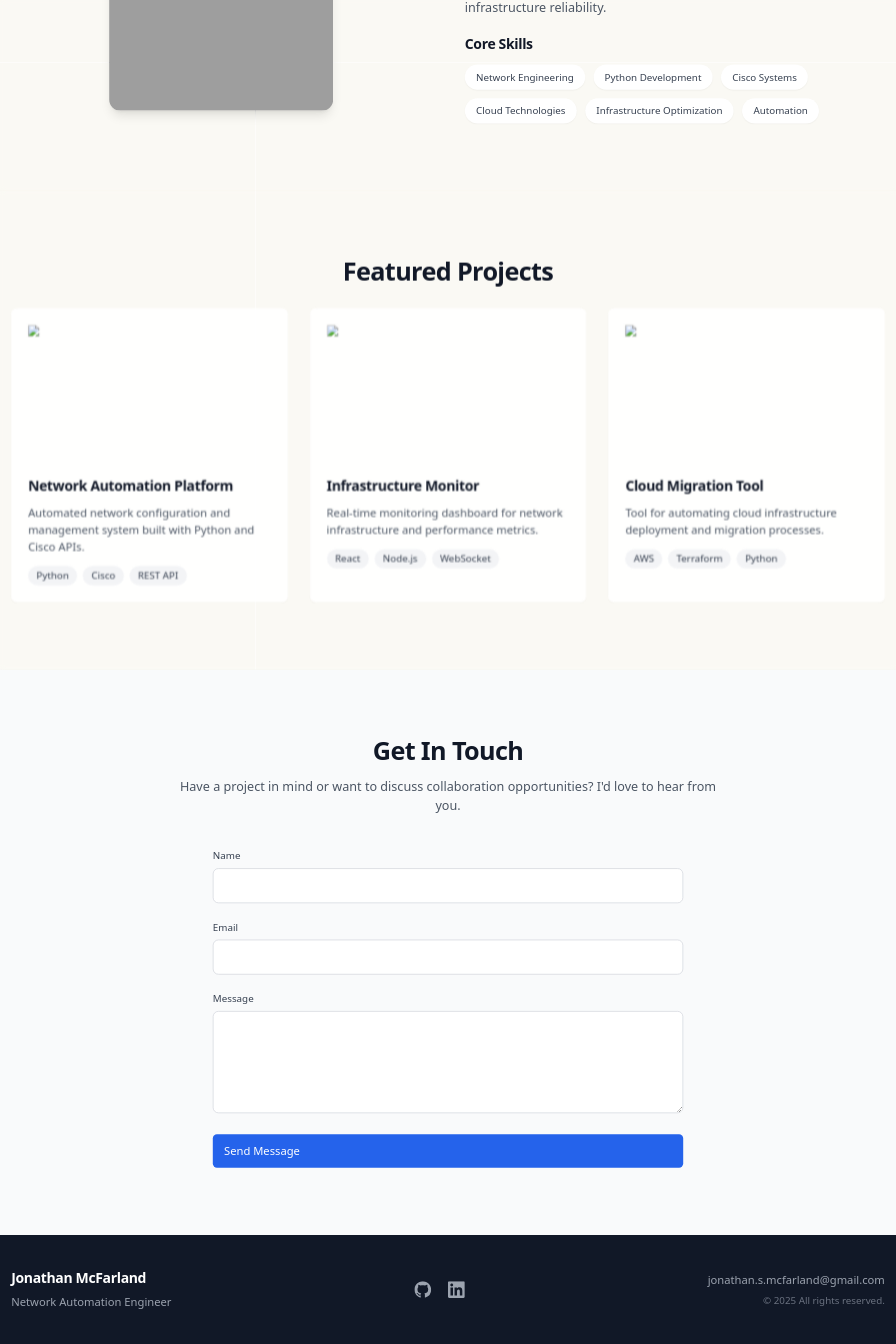
Repository: jonathanm35796/WebsitePortfolio
Page: /
These files come from the project's save history. The page is drawn as it stood at one moment and after the next save; the edit follows.
The browser window is 1280 px wide. The pictures show the part of the page from y = 996 to 2916 px (the page is 2916 px tall), at 70% of full size.
Pictures or frames that could not be fetched are drawn as grey boxes. The project was rebuilt for these pictures with package versions that can differ from the ones it lists, and the page was loaded fresh each time. The framework's server and built-in components were replaced by stand-ins that run in the browser. Also part of the build but not shown: next.config.js, next.config.ts.

Above is the page before, as saved 2025-02-02 00:16:59.

### src/app/layout.tsx
import type { Metadata } from "next";
import { Geist, Geist_Mono } from "next/font/google";
import "./globals.css";
import Navbar from '@/components/Navbar';

const geistSans = Geist({
  variable: "--font-geist-sans",
  subsets: ["latin"],
});

const geistMono = Geist_Mono({
  variable: "--font-geist-mono",
  subsets: ["latin"],
});

export const metadata: Metadata = {
  title: 'Jonathan McFarland - Network Automation Engineer',
  description: 'Portfolio website showcasing network engineering, automation, and infrastructure optimization projects.',
};

export default function RootLayout({
  children,
}: Readonly<{
  children: React.ReactNode;
}>) {
  return (
    <html lang="en" className="scroll-smooth">
      <body
        className={`${geistSans.variable} ${geistMono.variable} antialiased`}
      >
        <Navbar />
        {children}
      </body>
    </html>
  );
}

### src/app/page.tsx
import Hero from '@/components/Hero';
import About from '@/components/About';
import Projects from '@/components/Projects';
import Contact from '@/components/Contact';
import Footer from '@/components/Footer';

export default function Home() {
  return (
    <main className="min-h-screen">
      <Hero />
      <About />
      <Projects />
      <Contact />
      <Footer />
    </main>
  );
}

### src/app/globals.css
@tailwind base;
@tailwind components;
@tailwind utilities;

:root {
  --primary: #2563eb;
  --secondary: #10b981;
  --background: #f5f3e8;
  --text: #1f2937;
  --text-light: #6b7280;
  --accent: #f3f4f6;
}

@layer base {
  body {
    @apply bg-[#f5f3e8] text-gray-800 antialiased;
  }

  h1, h2, h3, h4, h5, h6 {
    @apply font-bold tracking-tight;
  }

  h1 {
    @apply text-4xl md:text-5xl lg:text-6xl;
  }

  h2 {
    @apply text-3xl md:text-4xl;
  }
}

@layer components {
  .container {
    @apply max-w-7xl mx-auto px-4 sm:px-6 lg:px-8;
  }

  .btn {
    @apply inline-flex items-center px-4 py-2 rounded-md font-medium transition-colors
    focus:outline-none focus:ring-2 focus:ring-offset-2;
  }

  .btn-primary {
    @apply bg-blue-600 text-white hover:bg-blue-700 focus:ring-blue-500;
  }

  .card {
    @apply bg-white/80 backdrop-blur-sm rounded-lg shadow-sm hover:shadow-md transition-shadow duration-300;
  }

  .section {
    @apply py-16 md:py-24;
  }

  .section-alt {
    @apply bg-white/50 backdrop-blur-sm;
  }
}

### src/components/Navbar.tsx
'use client';
import { useState } from 'react';
import Link from 'next/link';

export default function Navbar() {
  const [isOpen, setIsOpen] = useState(false);

  const navItems = [
    { name: 'Home', href: '#home' },
    { name: 'About', href: '#about' },
    { name: 'Projects', href: '#projects' },
    { name: 'Contact', href: '#contact' },
  ];

  return (
    <nav className="fixed top-0 w-full bg-white/90 backdrop-blur-sm z-50 border-b border-gray-100">
      <div className="container mx-auto px-4">
        <div className="flex justify-between items-center h-16">
          <Link href="/" className="text-xl font-bold text-blue-600">
            Portfolio
          </Link>

          {/* Desktop Navigation */}
          <div className="hidden md:flex space-x-8">
            {navItems.map((item) => (
              <Link
                key={item.name}
                href={item.href}
                className="text-gray-700 hover:text-blue-600 transition-colors"
              >
                {item.name}
              </Link>
            ))}
          </div>

          {/* Mobile Navigation Button */}
          <button
            className="md:hidden p-2"
            onClick={() => setIsOpen(!isOpen)}
            aria-label="Toggle menu"
          >
            <svg
              className="w-6 h-6"
              fill="none"
              strokeLinecap="round"
              strokeLinejoin="round"
              strokeWidth="2"
              viewBox="0 0 24 24"
              stroke="currentColor"
            >
              {isOpen ? (
                <path d="M6 18L18 6M6 6l12 12" />
              ) : (
                <path d="M4 6h16M4 12h16M4 18h16" />
              )}
            </svg>
          </button>
        </div>

        {/* Mobile Menu */}
        {isOpen && (
          <div className="md:hidden">
            <div className="px-2 pt-2 pb-3 space-y-1">
              {navItems.map((item) => (
                <Link
                  key={item.name}
                  href={item.href}
                  className="block px-3 py-2 text-gray-700 hover:text-blue-600 transition-colors"
                  onClick={() => setIsOpen(false)}
                >
                  {item.name}
                </Link>
              ))}
            </div>
          </div>
        )}
      </div>
    </nav>
  );
}

### src/components/Hero.tsx
'use client';

import Image from 'next/image';
import Link from 'next/link';

export default function Hero() {
  return (
    <section id="home" className="pt-24 pb-16 md:pt-32 md:pb-24">
      <div className="container mx-auto px-4">
        <div className="flex flex-col md:flex-row items-center justify-between gap-12">
          <div className="flex-1 space-y-6">
            <h1 className="text-4xl md:text-5xl lg:text-6xl font-bold text-gray-900">
              Network Automation Engineer
              <span className="block text-blue-600">Building Digital Solutions</span>
            </h1>

            <p className="text-xl text-gray-600 max-w-2xl">
              Specializing in network engineering, automation, and infrastructure optimization.
              Experienced in Python development, Cisco systems, and cloud technologies.
            </p>

            <div className="flex gap-4 pt-4">
              <Link
                href="#projects"
                className="px-6 py-3 bg-blue-600 text-white rounded-lg hover:bg-blue-700 transition-colors focus:ring-2 focus:ring-blue-500 focus:ring-offset-2"
              >
                View Projects
              </Link>
              <Link
                href="#contact"
                className="px-6 py-3 bg-gray-100 text-gray-800 rounded-lg hover:bg-gray-200 transition-colors focus:ring-2 focus:ring-gray-500 focus:ring-offset-2"
              >
                Contact Me
              </Link>
            </div>
          </div>

          <div className="flex-1 relative">
            <div className="relative w-72 h-72 md:w-96 md:h-96 mx-auto">
              <Image
                src="/profile-pic.png"
                alt="Jonathan McFarland"
                fill
                className="object-cover rounded-2xl shadow-lg"
                priority
              />
            </div>
          </div>
        </div>
      </div>
    </section>

  );
}

### src/components/About.tsx
import Image from 'next/image';

export default function About() {
	const skills = [
		'Network Engineering',
		'Python Development',
		'Cisco Systems',
		'Cloud Technologies',
		'Infrastructure Optimization',
		'Automation',
	];

	return (
		<section id="about" className="section section-alt">
			<div className="container mx-auto px-4">
				<div className="flex flex-col md:flex-row gap-12 items-center">
					<div className="flex-1">
						<div className="relative w-64 h-64 md:w-80 md:h-80 mx-auto">
							<Image
								src="/profile-pic.png"
								alt="About Me"
								fill
								className="object-cover rounded-2xl shadow-lg"
							/>
						</div>
					</div>

					<div className="flex-1 space-y-6">
						<h2 className="text-3xl md:text-4xl font-bold text-gray-900">
							About Me
						</h2>

						<p className="text-lg text-gray-600">
							As a Network Automation Engineer, I specialize in building efficient and scalable network solutions.
							With extensive experience in Python development and Cisco systems, I focus on creating automated
							solutions that streamline network operations and enhance infrastructure reliability.
						</p>

						<div className="space-y-4">
							<h3 className="text-xl font-semibold text-gray-900">
								Core Skills
							</h3>
							<div className="flex flex-wrap gap-3">
								{skills.map((skill) => (
									<span
										key={skill}
										className="px-4 py-2 bg-white rounded-full text-sm font-medium text-gray-700 shadow-sm"
									>
										{skill}
									</span>
								))}
							</div>
						</div>
					</div>
				</div>
			</div>
		</section>
	);
}

### src/components/Projects.tsx
import Image from 'next/image';
import Link from 'next/link';

interface Project {
	title: string;
	description: string;
	image: string;
	tags: string[];
	link: string;
}

export default function Projects() {
	const projects: Project[] = [
		{
			title: 'Network Automation Platform',
			description: 'Automated network configuration and management system built with Python and Cisco APIs.',
			image: '/window.svg',
			tags: ['Python', 'Cisco', 'REST API'],
			link: '#',
		},
		{
			title: 'Infrastructure Monitor',
			description: 'Real-time monitoring dashboard for network infrastructure and performance metrics.',
			image: '/globe.svg',
			tags: ['React', 'Node.js', 'WebSocket'],
			link: '#',
		},
		{
			title: 'Cloud Migration Tool',
			description: 'Tool for automating cloud infrastructure deployment and migration processes.',
			image: '/file.svg',
			tags: ['AWS', 'Terraform', 'Python'],
			link: '#',
		},
	];

	return (
		<section id="projects" className="section section-alt">
			<div className="container mx-auto px-4">
				<h2 className="text-3xl md:text-4xl font-bold text-gray-900 mb-8 text-center">
					Featured Projects
				</h2>

				<div className="grid grid-cols-1 md:grid-cols-2 lg:grid-cols-3 gap-8">
					{projects.map((project) => (
						<Link
							href={project.link}
							key={project.title}
							className="group"
						>
							<div className="card p-6 h-full hover:translate-y-[-4px] transition-all duration-300">
								<div className="relative w-full h-48 mb-6">
									<Image
										src={project.image}
										alt={project.title}
										fill
										className="object-contain"
									/>
								</div>

								<h3 className="text-xl font-semibold text-gray-900 mb-3 group-hover:text-blue-600 transition-colors">
									{project.title}
								</h3>

								<p className="text-gray-600 mb-4">
									{project.description}
								</p>

								<div className="flex flex-wrap gap-2">
									{project.tags.map((tag) => (
										<span
											key={tag}
											className="px-3 py-1 bg-gray-100 text-sm text-gray-700 rounded-full"
										>
											{tag}
										</span>
									))}
								</div>
							</div>
						</Link>
					))}
				</div>
			</div>
		</section>
	);
}

### src/components/Contact.tsx
'use client';

import { useState } from 'react';

export default function Contact() {
  const [formData, setFormData] = useState({
    name: '',
    email: '',
    message: '',
  });

  const handleSubmit = (e: React.FormEvent) => {
    e.preventDefault();
    // Handle form submission logic here
    console.log('Form submitted:', formData);
  };

  return (
    <section id="contact" className="section bg-gray-50">
      <div className="container mx-auto px-4">
        <div className="max-w-3xl mx-auto text-center mb-12">
          <h2 className="text-3xl md:text-4xl font-bold text-gray-900 mb-4">
            Get In Touch
          </h2>
          <p className="text-lg text-gray-600">
            Have a project in mind or want to discuss collaboration opportunities?
            I'd love to hear from you.
          </p>
        </div>

        <div className="max-w-2xl mx-auto">
          <form onSubmit={handleSubmit} className="space-y-6">
            <div>
              <label htmlFor="name" className="block text-sm font-medium text-gray-700 mb-2">
                Name
              </label>
              <input
                type="text"
                id="name"
                value={formData.name}
                onChange={(e) => setFormData({ ...formData, name: e.target.value })}
                className="w-full px-4 py-3 rounded-lg border border-gray-300 focus:ring-2 focus:ring-blue-500 focus:border-blue-500"
                required
              />
            </div>

            <div>
              <label htmlFor="email" className="block text-sm font-medium text-gray-700 mb-2">
                Email
              </label>
              <input
                type="email"
                id="email"
                value={formData.email}
                onChange={(e) => setFormData({ ...formData, email: e.target.value })}
                className="w-full px-4 py-3 rounded-lg border border-gray-300 focus:ring-2 focus:ring-blue-500 focus:border-blue-500"
                required
              />
            </div>

            <div>
              <label htmlFor="message" className="block text-sm font-medium text-gray-700 mb-2">
                Message
              </label>
              <textarea
                id="message"
                value={formData.message}
                onChange={(e) => setFormData({ ...formData, message: e.target.value })}
                rows={5}
                className="w-full px-4 py-3 rounded-lg border border-gray-300 focus:ring-2 focus:ring-blue-500 focus:border-blue-500"
                required
              />
            </div>

            <button
              type="submit"
              className="w-full btn btn-primary py-3"
            >
              Send Message
            </button>
          </form>
        </div>
      </div>
    </section>

  );
}

### src/components/Footer.tsx
export default function Footer() {
  const socialLinks = [
    {
      name: 'GitHub',
      url: 'https://github.com/jonathanm35796',
      icon: (
        <svg className="w-6 h-6" fill="currentColor" viewBox="0 0 24 24">
          <path d="M12 0C5.37 0 0 5.37 0 12c0 5.31 3.435 9.795 8.205 11.385.6.105.825-.255.825-.57 0-.285-.015-1.23-.015-2.235-3.015.555-3.795-.735-4.035-1.41-.135-.345-.72-1.41-1.23-1.695-.42-.225-1.02-.78-.015-.795.945-.015 1.62.87 1.845 1.23 1.08 1.815 2.805 1.305 3.495.99.105-.78.42-1.305.765-1.605-2.67-.3-5.46-1.335-5.46-5.925 0-1.305.465-2.385 1.23-3.225-.12-.3-.54-1.53.12-3.18 0 0 1.005-.315 3.3 1.23.96-.27 1.98-.405 3-.405s2.04.135 3 .405c2.295-1.56 3.3-1.23 3.3-1.23.66 1.65.24 2.88.12 3.18.765.84 1.23 1.905 1.23 3.225 0 4.605-2.805 5.625-5.475 5.925.435.375.81 1.095.81 2.22 0 1.605-.015 2.895-.015 3.3 0 .315.225.69.825.57A12.02 12.02 0 0024 12c0-6.63-5.37-12-12-12z" />
        </svg>
      ),
    },
    {
      name: 'LinkedIn',
      url: 'https://www.linkedin.com/in/jonathan-m-15b994b8/',
      icon: (
        <svg className="w-6 h-6" fill="currentColor" viewBox="0 0 24 24">
          <path d="M20.447 20.452h-3.554v-5.569c0-1.328-.027-3.037-1.852-3.037-1.853 0-2.136 1.445-2.136 2.939v5.667H9.351V9h3.414v1.561h.046c.477-.9 1.637-1.85 3.37-1.85 3.601 0 4.267 2.37 4.267 5.455v6.286zM5.337 7.433c-1.144 0-2.063-.926-2.063-2.065 0-1.138.92-2.063 2.063-2.063 1.14 0 2.064.925 2.064 2.063 0 1.139-.925 2.065-2.064 2.065zm1.782 13.019H3.555V9h3.564v11.452zM22.225 0H1.771C.792 0 0 .774 0 1.729v20.542C0 23.227.792 24 1.771 24h20.451C23.2 24 24 23.227 24 22.271V1.729C24 .774 23.2 0 22.222 0h.003z" />
        </svg>
      ),
    },
  ];

  return (
    <footer className="bg-gray-900 text-white py-12">
      <div className="container mx-auto px-4">
        <div className="flex flex-col md:flex-row justify-between items-center">
          <div className="mb-6 md:mb-0">
            <h3 className="text-xl font-bold mb-2">Jonathan McFarland</h3>
            <p className="text-gray-400">Network Automation Engineer</p>
          </div>

          <div className="flex space-x-6 mb-6 md:mb-0">
            {socialLinks.map((link) => (
              <a
                key={link.name}
                href={link.url}
                target="_blank"
                rel="noopener noreferrer"
                className="text-gray-400 hover:text-white transition-colors"
                aria-label={link.name}
              >
                {link.icon}
              </a>
            ))}
          </div>

          <div className="text-center md:text-right">
            <p className="text-gray-400">
              <a href="mailto:jonathan.s.mcfarland@gmail.com" className="hover:text-white transition-colors">
                jonathan.s.mcfarland@gmail.com
              </a>
            </p>
            <p className="text-gray-500 text-sm mt-2">
              © {new Date().getFullYear()} All rights reserved.
            </p>
          </div>
        </div>
      </div>
    </footer>
  );
}

### tailwind.config.ts
import type { Config } from "tailwindcss";

export default {
  content: [
    "./src/pages/**/*.{js,ts,jsx,tsx,mdx}",
    "./src/components/**/*.{js,ts,jsx,tsx,mdx}",
    "./src/app/**/*.{js,ts,jsx,tsx,mdx}",
  ],
  theme: {
    extend: {
      colors: {
        background: "var(--background)",
        foreground: "var(--foreground)",
      },
      keyframes: {
        'profile-entrance': {
          '0%': { transform: 'translateY(-100%) translateX(0)', opacity: '0' },
          '60%': { transform: 'translateY(20%) translateX(0)' },
          '80%': { transform: 'translateY(0) translateX(0)' },
          '100%': { transform: 'translateY(0) translateX(0)', opacity: '1' }
        }
      },
      animation: {
        'profile-entrance': 'profile-entrance 1.5s cubic-bezier(0.34, 1.56, 0.64, 1)'
      }
    },
  },
  plugins: [],
} satisfies Config;

After the next save:
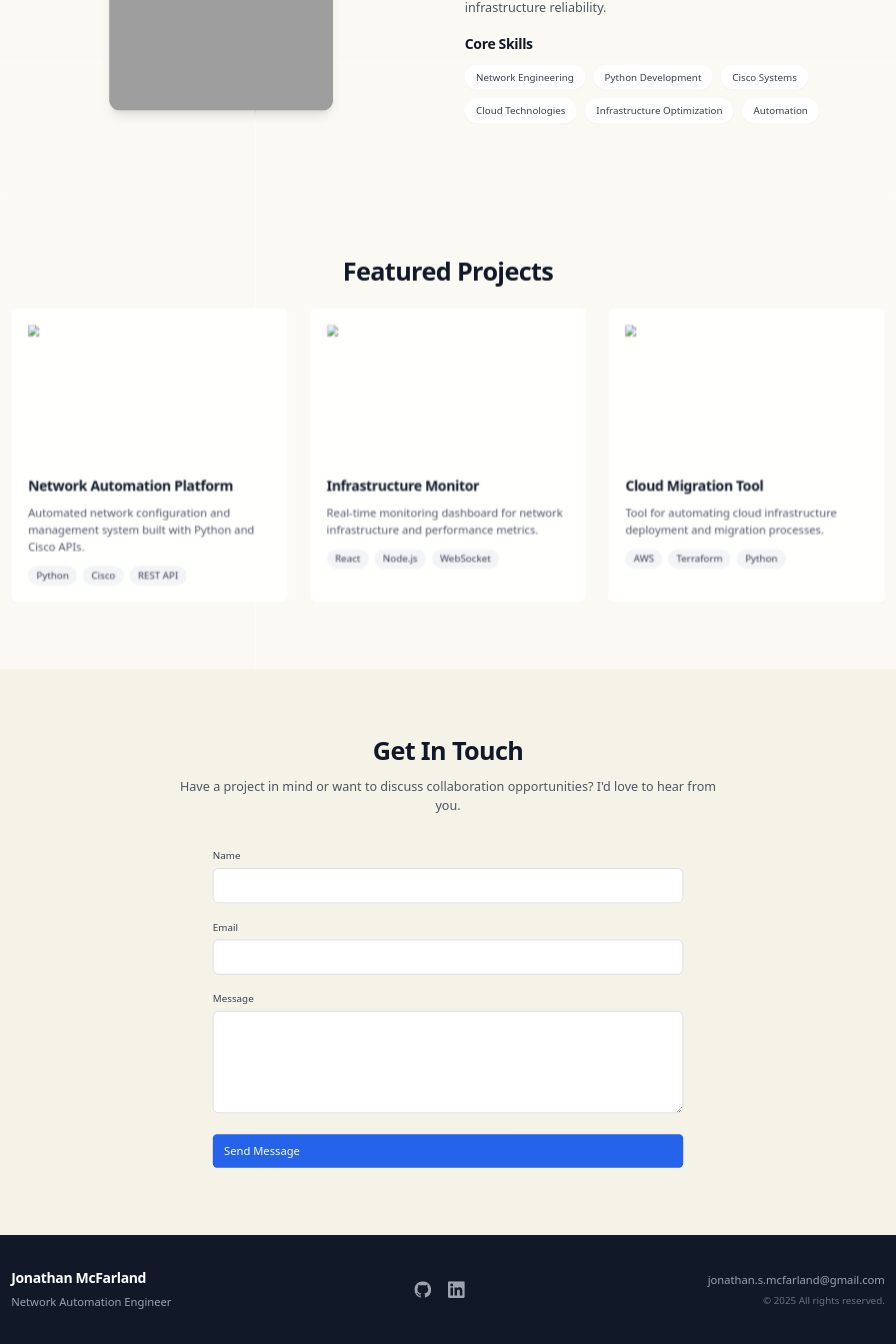
Saved 37 s later.
--- a/src/components/Contact.tsx
+++ b/src/components/Contact.tsx
@@ -16,7 +16,7 @@ export default function Contact() {
   };
 
   return (
-    <section id="contact" className="section bg-gray-50">
+    <section id="contact" className="section">
       <div className="container mx-auto px-4">
         <div className="max-w-3xl mx-auto text-center mb-12">
           <h2 className="text-3xl md:text-4xl font-bold text-gray-900 mb-4">
